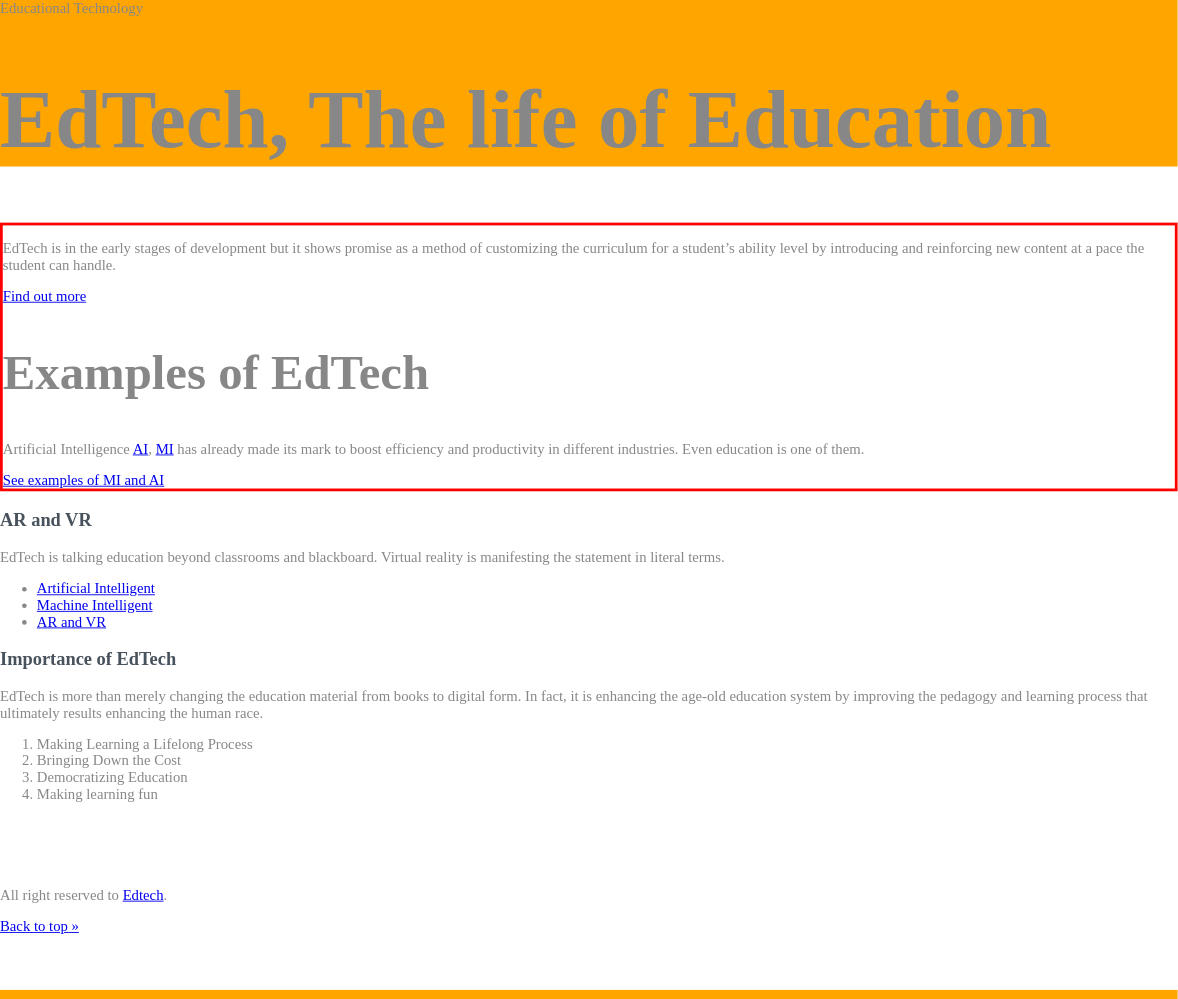
Repository: tunmishyi/edtech
Page: index.html
These files come from the project's save history. The page is drawn as it stood at one moment and after the next save; the edit follows.
The browser window is 1280 px wide. The pictures show the whole page, at 92% of full size.

Above is the page before, as saved 2020-06-06 17:30:01.

After the next save:
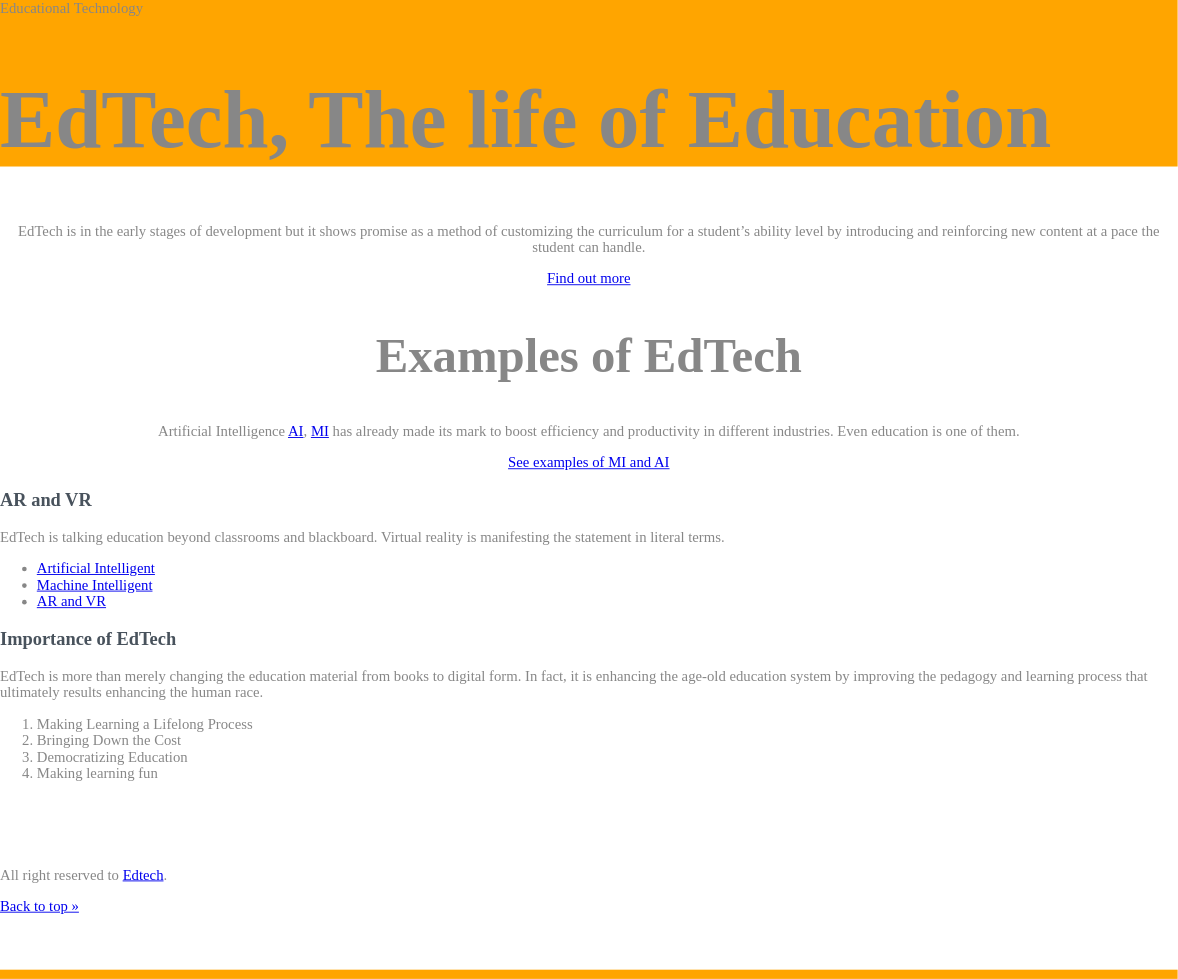
Saved 60 s later.
--- a/style.css
+++ b/style.css
@@ -3,7 +3,7 @@ body {
    color: #878787;
    margin: 0;
 }
-header {
+.main-header {
     background-color: orange;
 }
 
@@ -22,7 +22,7 @@ h1 {
     }
 
     .primary-content {
-        border: 3px solid red;
+        text-align: center
     }
 
     #main-footer {
